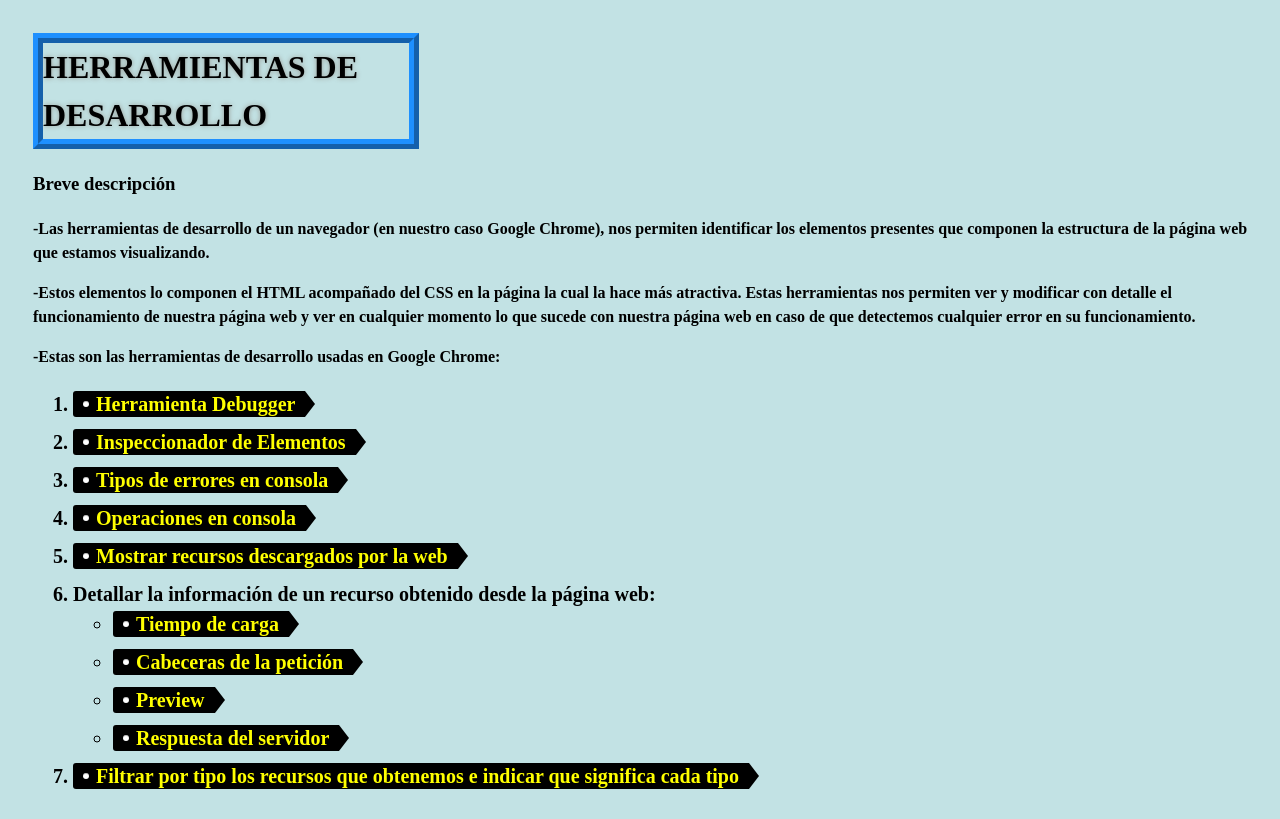
Repository: VictorinoBF97/HerramientasDesarollo
Page: indice.html
The author's editor kept a copy of each file at every save. The page is drawn from the files as they stood at one save, then again after the next save.
The browser window is 1280 px wide. The pictures show the whole page.

Above is the page before, as saved 2018-11-26 09:33:53.
Console error: SyntaxError: Unexpected token '{'

After the next save:
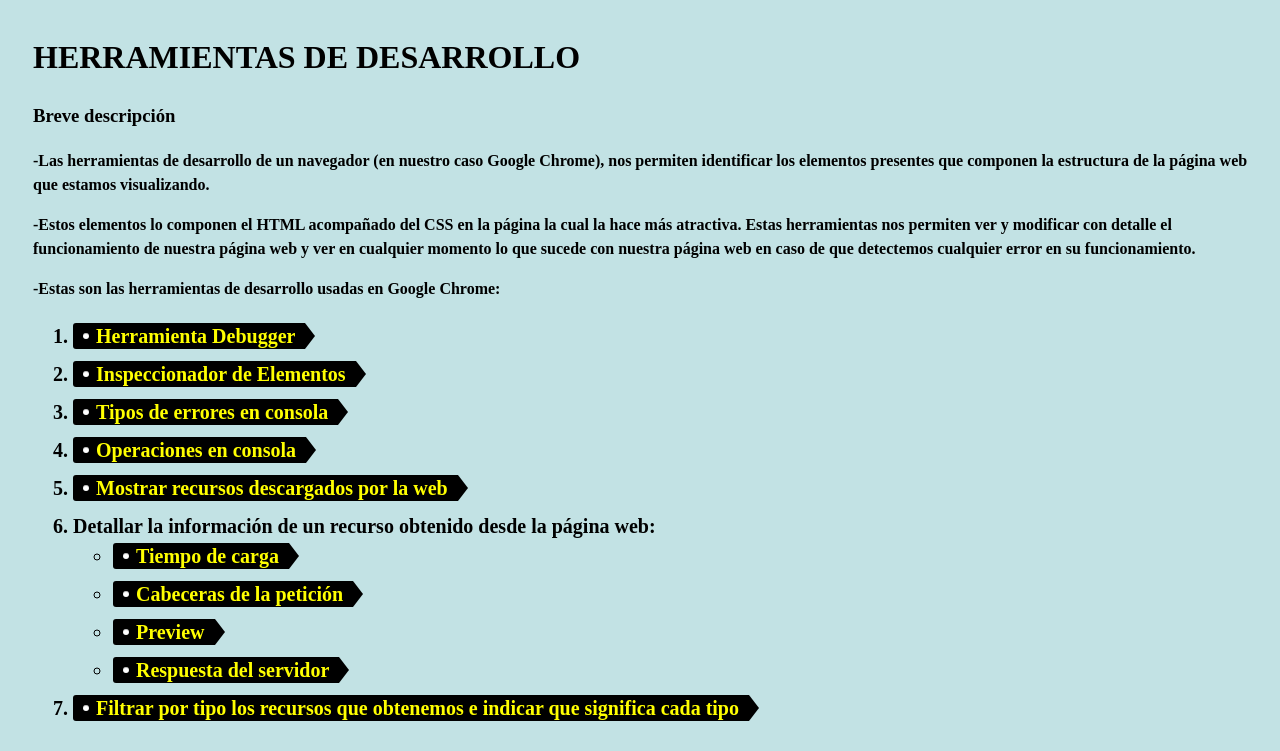
Saved 3 min 5 s later.
--- a/indice.html
+++ b/indice.html
@@ -10,7 +10,7 @@
 </head>
 <body>
     <div>
-    <h1 class="titulo">HERRAMIENTAS DE DESARROLLO</h1>
+    <h1 class="hero-bkg-animated">HERRAMIENTAS DE DESARROLLO</h1>
     </div>
     <h3>Breve descripción</h3>
     <div class="contenido">

After the save that followed:
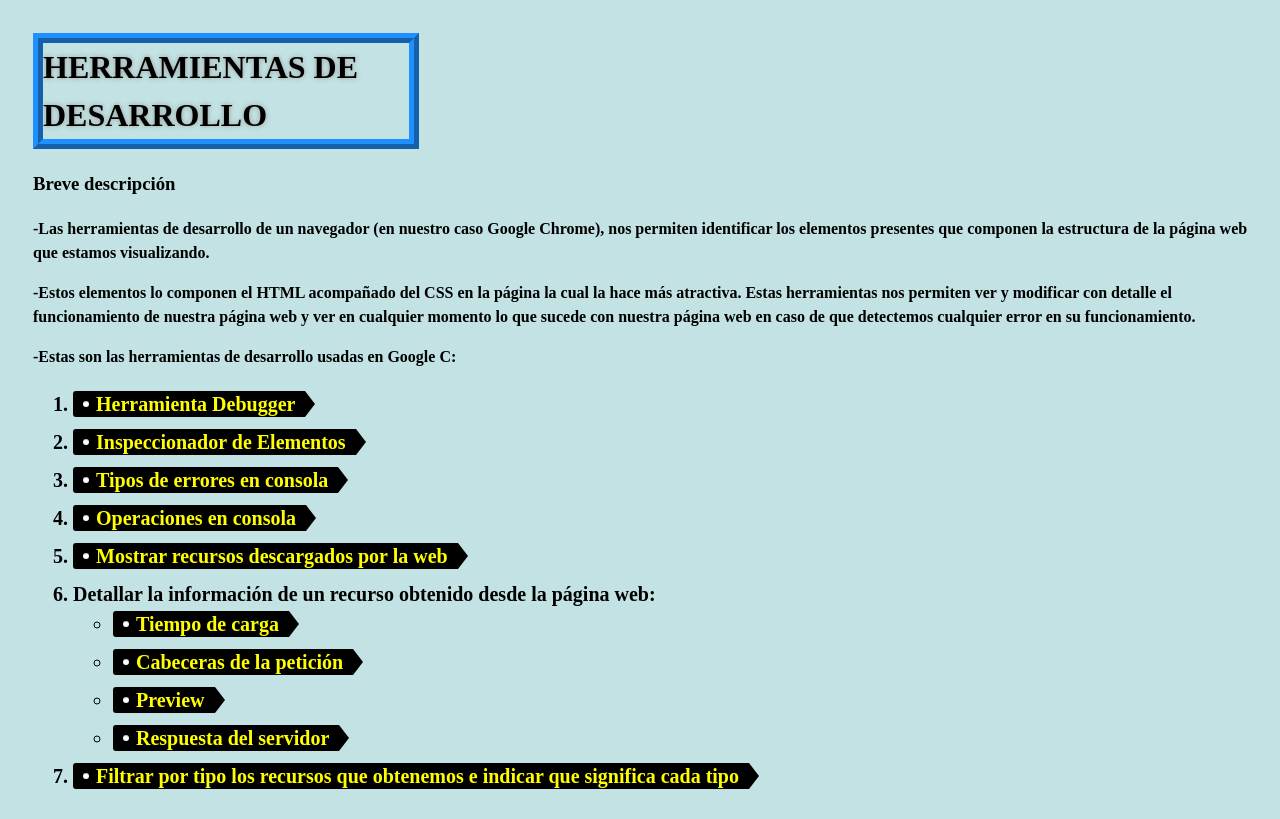
Saved 7 s later.
--- a/indice.html
+++ b/indice.html
@@ -10,7 +10,7 @@
 </head>
 <body>
     <div>
-    <h1 class="hero-bkg-animated">HERRAMIENTAS DE DESARROLLO</h1>
+    <h1 class="titulo">HERRAMIENTAS DE DESARROLLO</h1>
     </div>
     <h3>Breve descripción</h3>
     <div class="contenido">
@@ -24,7 +24,7 @@
         en su funcionamiento.</p>
     </div>
     <div>
-        -Estas son las herramientas de desarrollo usadas en Google Chrome:
+        -Estas son las herramientas de desarrollo usadas en Google C:
     </div>
 
     <ol class="indice">
